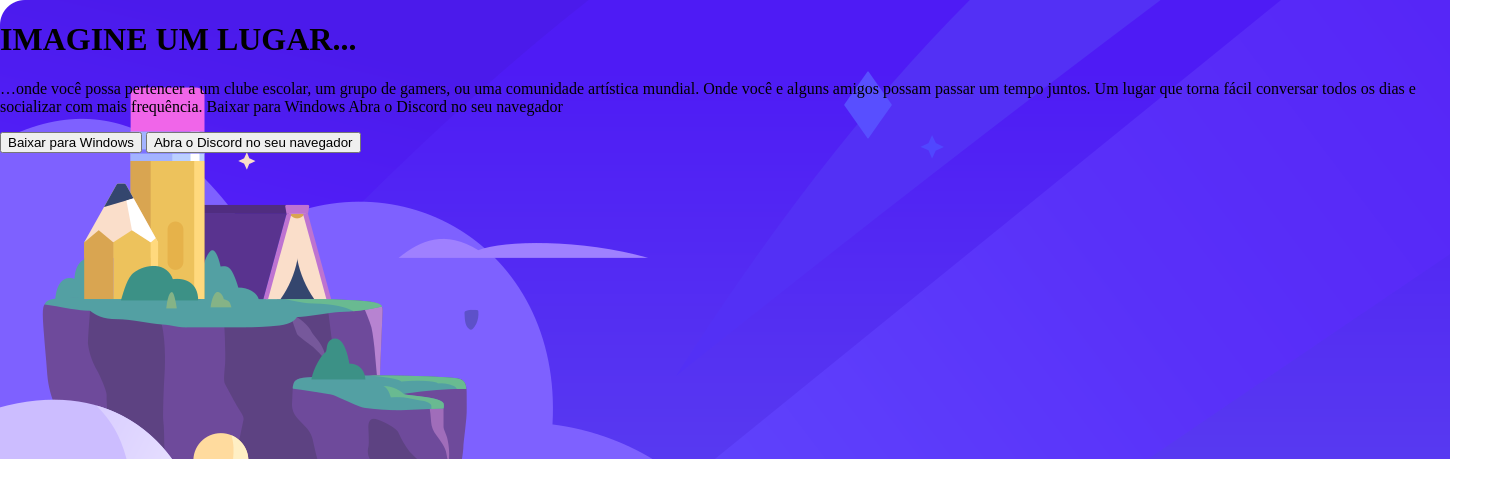
Repository: gustavotwist/projeto-discord
Page: index.html
These files come from the project's save history. The page is drawn as it stood at one moment and after a run of saves; the edit follows.
The browser window is 1280 px wide. The page is 1450 px wide, then 1490 px, so the pictures cover 1490 px, including what lies to the right of the window. The pictures show the whole page.

Above is the page before, as saved 2025-03-09 12:51:28.

After the next 3 saves:
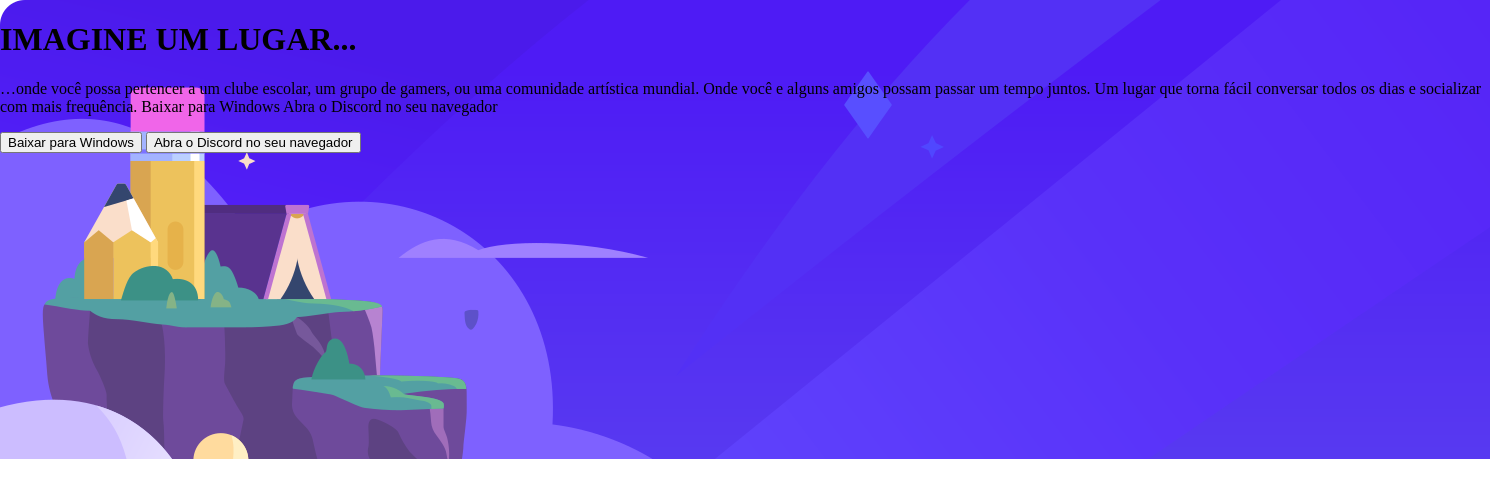
The 3 saves are shown as one change because they came seconds apart.
The last was saved 7 s later.
--- a/css/style.css
+++ b/css/style.css
@@ -2,7 +2,7 @@
 header {
 
 position: absolute;
-width: 1450px;
+width: 1490px;
 height: 459px;
 left: 0px;
 top: 0px;
